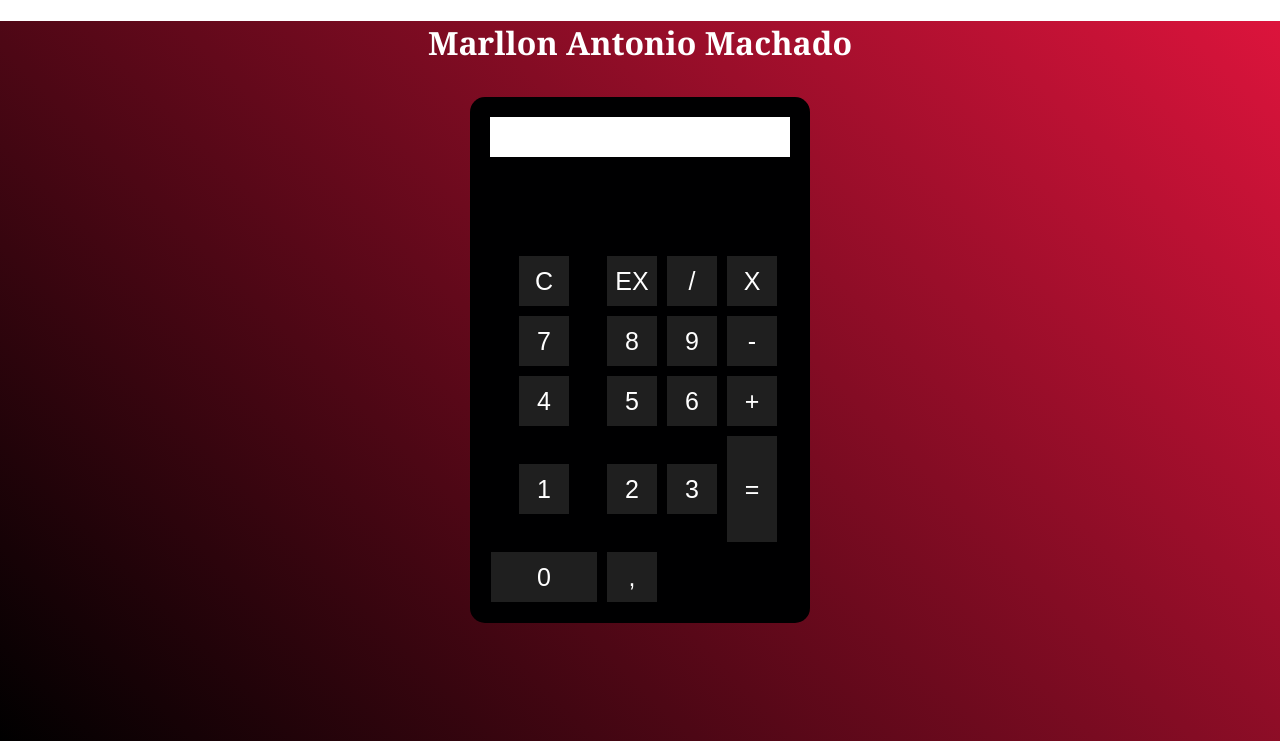
Repository: marllon-hetzler/calculadora.js
Page: interface.html
An editor plug-in stored every save of this project. The page is shown before and after the next save, followed by the edit.
The browser window is 1280 px wide. The pictures show the whole page.

Above is the page before, as saved 2022-11-04 19:58:41.

After the next save:
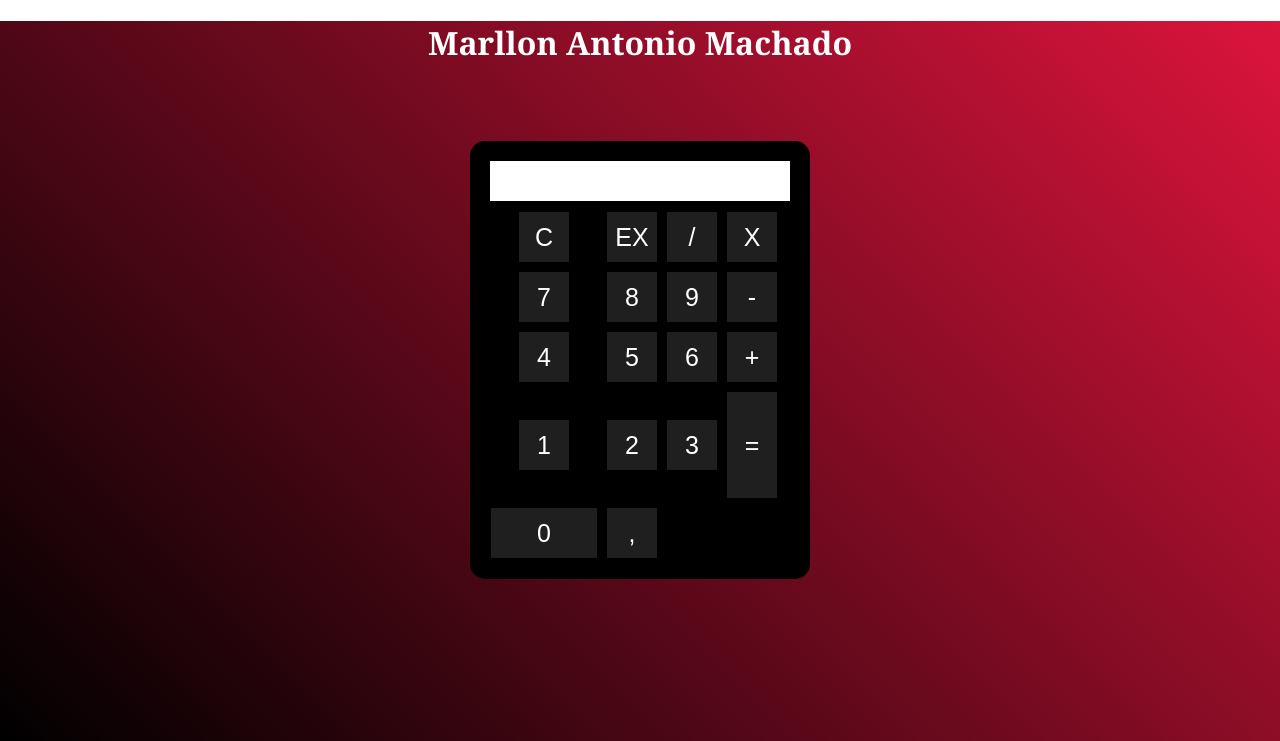
Saved 19 s later.
--- a/interface.html
+++ b/interface.html
@@ -72,25 +72,25 @@
                 <td><button class ="botao" onclick="back()">EX</button></td>
                 <td><button class ="botao" onclick="insert('/')">/</button></td>
                 <td><button class ="botao" onclick="insert('*')">X</button></td>
-            </tr><br/>
+            </tr>
             <tr>
                 <td><button class ="botao" onclick="insert('7')">7</button></td>
                 <td><button class ="botao" onclick="insert('8')">8</button></td>
                 <td><button class ="botao" onclick="insert('9')">9</button></td>
                 <td><button class ="botao" onclick="insert('-')">-</button></td>
-            </tr><br/>
+            </tr>
             <tr>
                 <td><button class ="botao" onclick="insert('4')">4</button></td>
                 <td><button class ="botao" onclick="insert('5')">5</button></td>
                 <td><button class ="botao" onclick="insert('6')">6</button></td>
                 <td><button class ="botao" onclick="insert('+')">+</button></td>
-            </tr><br/>
+            </tr>
             <tr>
                 <td><button class ="botao" onclick="insert('1')">1</button></td>
                 <td><button class ="botao" onclick="insert('2')">2</button></td>
                 <td><button class ="botao" onclick="insert('3')">3</button></td>
                 <td><button class ="botao" style="height:106px;" onclick="calcular()">=</button></td>
-            </tr><br/>
+            </tr>
             <tr>
                 <td><button class ="botao" style="width:106px ;" onclick="insert('0')">0</button></td>
                 <td><button class ="botao" onclick="insert(',')">,</button></td>
